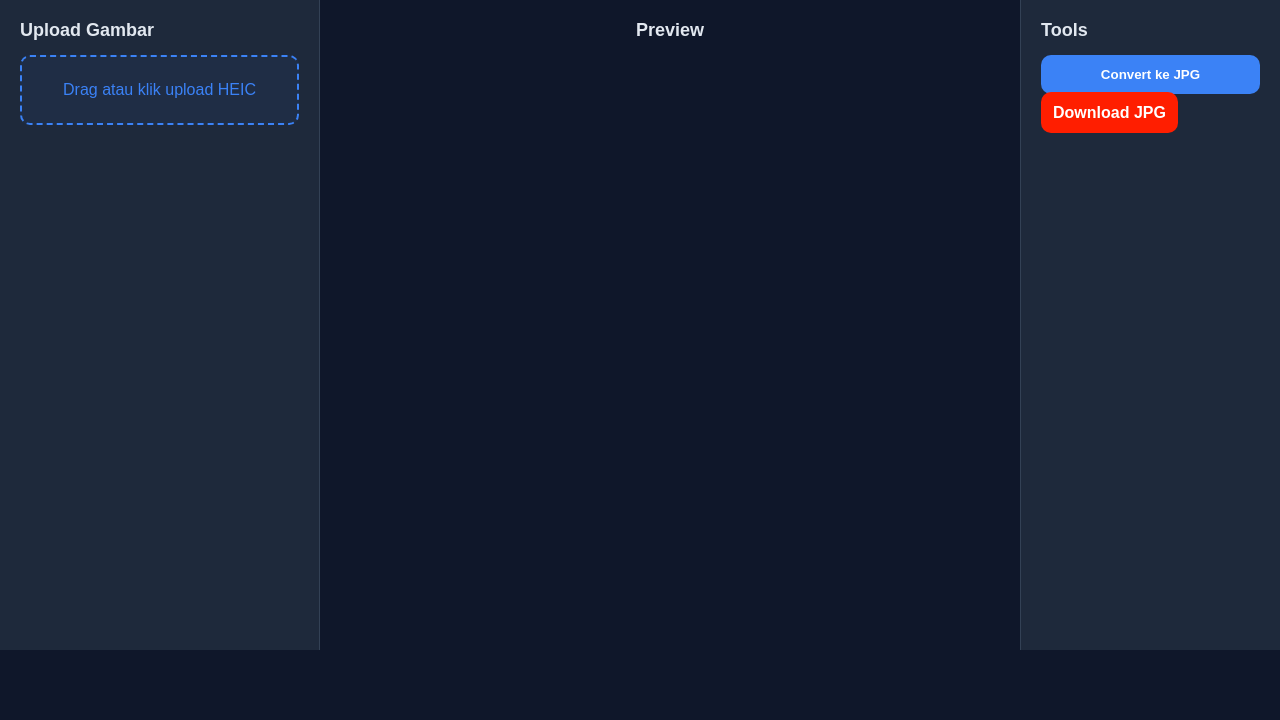
Repository: procinema22/hiisedulurfc
Page: hesedulur-main/convert-image.html
An editor plug-in stored every save of this project. The page is shown before and after the next save, followed by the edit.
The browser window is 1280 px wide. The pictures show the whole page.

Above is the page before, as saved 2026-04-23 23:19:56.

### hesedulur-main/convert-image.html
<!DOCTYPE html>
<html lang="id">
<head>

<meta charset="UTF-8">
<meta name="viewport" content="width=device-width, initial-scale=1.0">

<title>Convert HEIC ke JPG</title>

<link rel="stylesheet" href="css/cetak.css">

<script src="https://cdn.jsdelivr.net/npm/heic2any/dist/heic2any.min.js"></script>

</head>

<body>

<div class="layout">

<!-- LEFT PANEL -->
<div class="left-panel">

<div class="section-title">Upload Gambar</div>

<div class="drop-area" id="dropArea">
Drag atau klik upload HEIC
</div>

<input type="file" id="heicInput" accept=".heic,image/heic" hidden>

</div>


<!-- CENTER PANEL -->
<div class="center-panel">

<div class="section-title">Preview</div>

<img id="preview">

</div>


<!-- RIGHT PANEL -->
<div class="right-panel">

<div class="section-title">Tools</div>

<button class="btn blue" onclick="convertHEIC()">
Convert ke JPG
</button>

<a id="downloadJPG" class="btn green">
Download JPG
</a>

</div>

</div>

<script src="js/convert-heic.js"></script>

</body>
</html>

### hesedulur-main/css/cetak.css
/* ============ ROOT & GLOBAL ============ */
:root {
    --bg: #0f172a;
    --card: #1e293b;
    --border: #334155;
    --text: #e2e8f0;
    --muted: #94a3b8;
    --blue: #3b82f6;
    --green: #ff1e00;
    --purple: #8b5cf6;
    --red: #ef4444;
    --shadow: rgba(0,0,0,.4);
  }

  *{
    margin:0;
    padding:0;
    box-sizing:border-box;
    font-family:"Poppins",sans-serif;
  }

  body{
    background:var(--bg);
    color:var(--text);
    overflow-x:hidden;
  }

  /* ============ HEADER / NAVBAR ============ */
  header{
    display:flex;
    align-items:center;
    justify-content:space-between;
    padding:14px 24px;
    background:#020617;
    border-bottom:1px solid var(--border);
  }

  header .logo img{
    height:42px;
  }

  header nav ul{
    display:flex;
    gap:22px;
    list-style:none;
  }

  header nav ul li a{
    color:var(--text);
    text-decoration:none;
    font-size:14px;
    font-weight:500;
  }

  header nav ul li a:hover{
    color:var(--green);
  }

  .search-box{
    display:flex;
    gap:6px;
  }

  .search-box input{
    padding:6px 10px;
    border-radius:8px;
    background:#020617;
    border:1px solid var(--border);
    color:white;
  }

  /* ============ LAYOUT ============ */
  .layout{
    display:grid;
    grid-template-columns:320px 1fr 260px;
    height:calc(100vh - 70px);
  }

  /* ============ LEFT PANEL ============ */
  .left-panel{
    background:var(--card);
    padding:20px;
    border-right:1px solid var(--border);
    overflow-y:auto;
  }

  .left-panel label{
    font-size:13px;
    color:var(--muted);
    margin-bottom:4px;
    display:block;
  }

  .left-panel input,
  .left-panel select{
    width:100%;
    padding:9px;
    border-radius:8px;
    border:1px solid var(--border);
    background:#020617;
    color:white;
    margin-bottom:12px;
  }

  .section-title{
    font-size:18px;
    font-weight:600;
    margin-bottom:14px;
  }

  /* DROP AREA */
  .drop-area{
    border:2px dashed var(--blue);
    padding:24px;
    text-align:center;
    border-radius:10px;
    color:var(--blue);
    background:rgba(59,130,246,.05);
    cursor:pointer;
    margin-bottom:15px;
  }

  .drop-area:hover{
    background:rgba(59,130,246,.15);
  }

  /* PRICE */
  .price{
    font-size:16px;
    font-weight:600;
    margin-top:6px;
  }

  /* ============ CENTER PANEL ============ */
  .center-panel{
    padding:20px;
    display:flex;
    flex-direction:column;
    align-items:center;
    overflow-y:auto;
  }

  canvas{
    width:100%;
    max-width:600px;
    background:white;
    border-radius:10px;
    border:2px solid var(--border);
    box-shadow:0 0 15px var(--shadow);
  }

  /* PAGE NAV */
  .page-nav{
    display:flex;
    gap:14px;
    margin-top:12px;
  }

  .page-nav button{
    padding:8px 14px;
    border:none;
    border-radius:8px;
    background:var(--blue);
    color:white;
    cursor:pointer;
  }

  /* ============ RIGHT PANEL ============ */
  .right-panel{
    background:var(--card);
    padding:20px;
    border-left:1px solid var(--border);
    overflow-y:auto;
  }

  .btn{
    width:100%;
    padding:12px;
    border:none;
    border-radius:10px;
    font-weight:600;
    cursor:pointer;
    margin-bottom:10px;
    color:white;
  }

  .blue{background:var(--blue)}
  .green{background:var(--green)}
  .purple{background:var(--purple)}
  .red{background:var(--red)}

  /* ============ LOADER & TOAST ============ */
  #loadingOverlay{
    position:fixed;
    inset:0;
    background:rgba(0,0,0,.7);
    display:none;
    flex-direction:column;
    justify-content:center;
    align-items:center;
    z-index:9999;
  }

  .loader{
    width:60px;
    height:60px;
    border-radius:50%;
    border:6px solid #fff;
    border-top:6px solid var(--blue);
    animation:spin 1s linear infinite;
  }

  @keyframes spin{
    to{transform:rotate(360deg)}
  }

  #toast{
    position:fixed;
    bottom:20px;
    right:20px;
    padding:12px 18px;
    background:var(--card);
    border-left:5px solid var(--blue);
    border-radius:10px;
    opacity:0;
    transition:.3s;
    z-index:10000;
  }

  #toast.show{
    opacity:1;
    transform:translateY(-6px);
  }

  /* ============ PRINT A4 MODE ============ */
  @media print{
    header,
    .left-panel,
    .right-panel,
    .page-nav,
    #toast,
    #loadingOverlay{
      display:none !important;
    }

    body{
      background:white;
      overflow:visible;
    }

    .layout{
      display:block;
      height:auto;
    }

    canvas{
      width:210mm !important;
      height:297mm !important;
      max-width:none;
      border:none;
      box-shadow:none;
      border-radius:0;
    }
  }

  @page{
    size:A4;
    margin:10mm;
  }
  .btn-logout {
    background: #e53935;
    color: #fff;
    border: none;
    padding: 8px 14px;
    border-radius: 6px;
    cursor: pointer;
    font-weight: 600;
  }

  .btn-logout:hover {
    background: #c62828;
  }

  /* preview image */

#preview{
  max-width:100%;
  border-radius:10px;
  display:none;
  background:white;
  }

  /* hide file input */

  #heicInput{
  display:none;
  }

  /* drop area */

  .drop-area{
  border:2px dashed var(--blue);
  padding:24px;
  text-align:center;
  border-radius:10px;
  color:var(--blue);
  background:rgba(59,130,246,.05);
  cursor:pointer;
  margin-bottom:15px;
  }

  .drop-area:hover{
  background:rgba(59,130,246,.15);
  }

### hesedulur-main/js/convert-heic.js
const input = document.getElementById("heicInput");
const preview = document.getElementById("preview");
const downloadBtn = document.getElementById("downloadJPG");

let convertedBlob = null;


/* ================= PREVIEW ================= */

input.addEventListener("change", function(){

const file = this.files[0];

if(!file) return;

const url = URL.createObjectURL(file);

preview.src = url;
preview.style.display = "block";

});


/* ================= CONVERT ================= */

async function convertHEIC(){

const file = input.files[0];

if(!file){
alert("Upload file HEIC dulu");
return;
}

try{

const result = await heic2any({
blob:file,
toType:"image/jpeg",
quality:0.9
});

convertedBlob = result;

const url = URL.createObjectURL(result);

downloadBtn.href = url;
downloadBtn.download = "convert.jpg";
downloadBtn.style.display = "block";

}catch(err){

alert("Convert gagal");

}

}

After the next save:
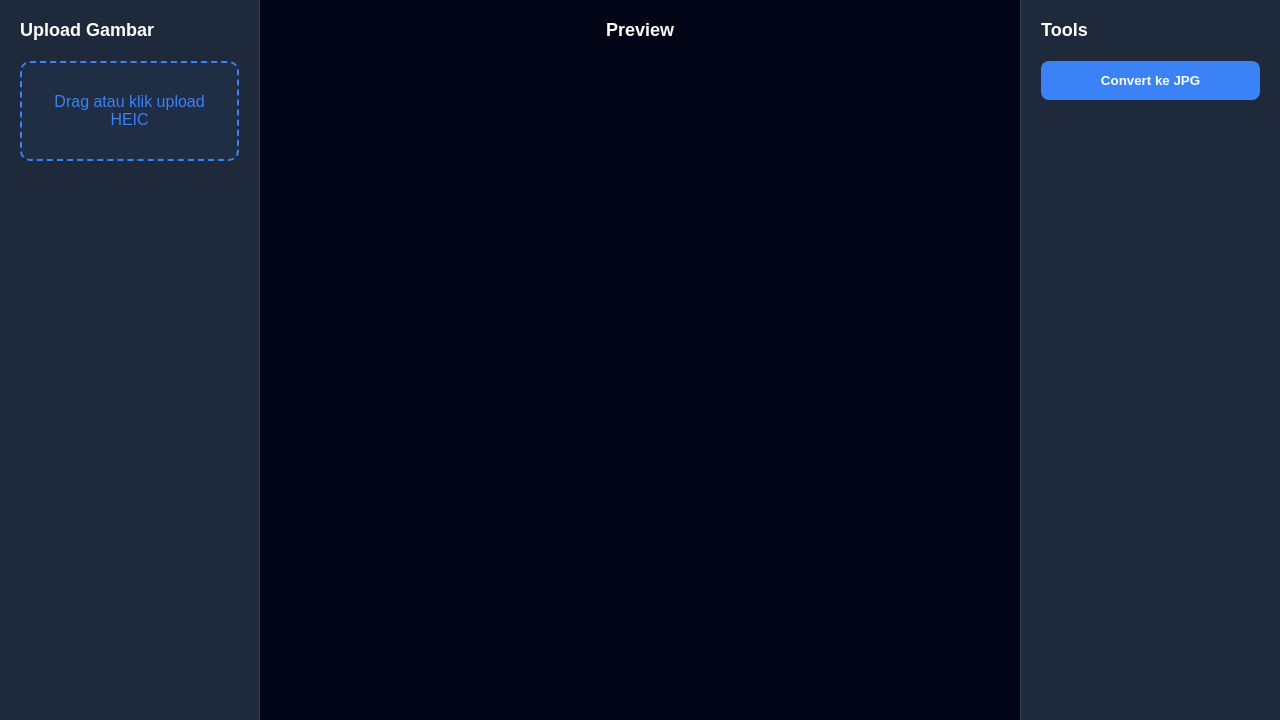
Saved 15 s later.
--- a/hesedulur-main/css/cetak.css
+++ b/hesedulur-main/css/cetak.css
@@ -281,34 +281,74 @@
     background: #c62828;
   }
 
-  /* preview image */
-
-#preview{
-  max-width:100%;
-  border-radius:10px;
-  display:none;
-  background:white;
-  }
-
-  /* hide file input */
-
-  #heicInput{
-  display:none;
-  }
-
-  /* drop area */
-
-  .drop-area{
-  border:2px dashed var(--blue);
-  padding:24px;
-  text-align:center;
-  border-radius:10px;
-  color:var(--blue);
-  background:rgba(59,130,246,.05);
-  cursor:pointer;
-  margin-bottom:15px;
-  }
-
-  .drop-area:hover{
-  background:rgba(59,130,246,.15);
-  }
+  body{
+    margin:0;
+    font-family:Arial;
+    background:#0f172a;
+    color:white;
+    }
+
+    .layout{
+    display:flex;
+    height:100vh;
+    }
+
+    .left-panel{
+    width:260px;
+    background:#1e293b;
+    padding:20px;
+    }
+
+    .center-panel{
+    flex:1;
+    background:#020617;
+    padding:20px;
+    text-align:center;
+    }
+
+    .right-panel{
+    width:260px;
+    background:#1e293b;
+    padding:20px;
+    }
+
+    .section-title{
+    font-weight:bold;
+    margin-bottom:20px;
+    }
+
+    .drop-area{
+    border:2px dashed #3b82f6;
+    padding:30px;
+    text-align:center;
+    border-radius:10px;
+    cursor:pointer;
+    }
+
+    #preview{
+    max-width:90%;
+    display:none;
+    margin:auto;
+    border-radius:10px;
+    }
+
+    .btn{
+    display:block;
+    padding:12px;
+    margin-top:10px;
+    text-align:center;
+    border-radius:8px;
+    text-decoration:none;
+    color:white;
+    cursor:pointer;
+    border:none;
+    }
+
+    .blue{
+    background:#3b82f6;
+    }
+
+    .green{
+    background:#22c55e;
+    display:none;
+    }
